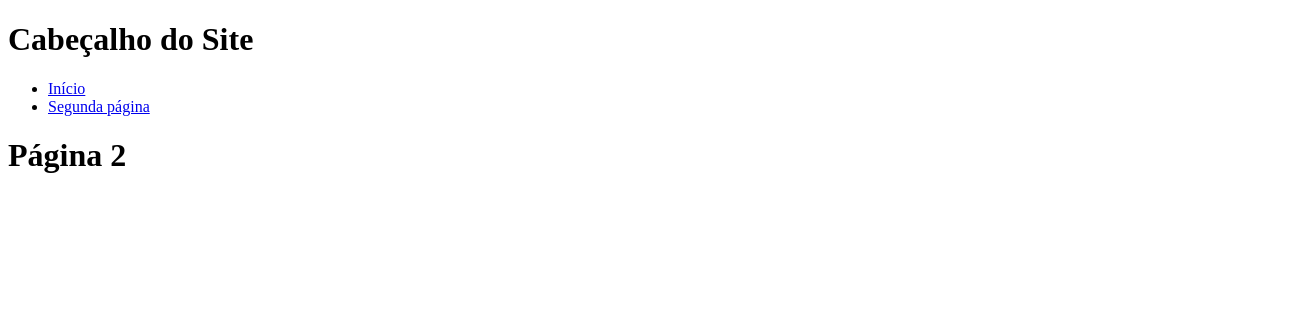
Repository: rrresck/pos_graduacao
Page: html/pagina2.html
The author's editor kept a copy of each file at every save. The page is drawn from the files as they stood at one save, then again after the next save.
The browser window is 1280 px wide. The page is 1280 px wide, then 1295 px, so the pictures cover 1295 px, including what lies to the right of the window. The pictures show the whole page.

Above is the page before, as saved 2023-05-04 12:47:45.

### html/pagina2.html
<!DOCTYPE html>
<html lang="en">
<head>
    <meta charset="UTF-8">
    <meta http-equiv="X-UA-Compatible" content="IE=edge">
    <meta name="viewport" content="width=device-width, initial-scale=1.0, shrink-to-fit=no">
    <meta name="author" content="Rafael Rodrigues Resck">
    <meta name="description" content="Template inicial HTML puro.">
    <link rel="stylesheet" href="../css/style_pagina2.css">
    <title>Página 2</title>
</head>
<body>
    <header class="cabecalho">
        <h1>Cabeçalho do Site</h1>
    </header>
    <nav class="menu">
        <ul>
            <li><a href="../index.html">Início</a></li>
            <li><a href="pagina2.html">Segunda página</a></li>
        </ul>
    </nav>
    <h1>Página 2</h1>
</body>
</html>

Loaded but not shown: css/style_pagina2.css (no stored copy; drawn as an empty file)

After the next save:
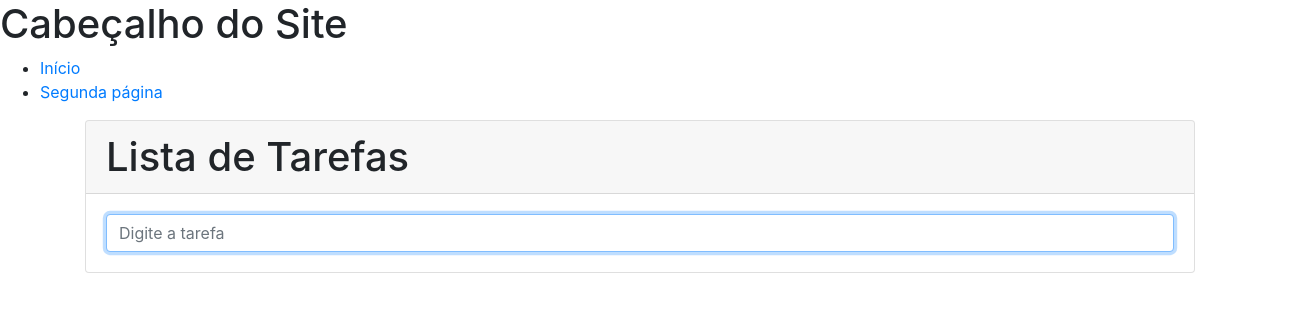
Saved 34 min 9 s later.
--- a/html/pagina2.html
+++ b/html/pagina2.html
@@ -7,6 +7,7 @@
     <meta name="author" content="Rafael Rodrigues Resck">
     <meta name="description" content="Template inicial HTML puro.">
     <link rel="stylesheet" href="../css/style_pagina2.css">
+    <link rel="stylesheet" href="https://cdn.jsdelivr.net/npm/bootstrap@4.6.2/dist/css/bootstrap.min.css" integrity="sha384-xOolHFLEh07PJGoPkLv1IbcEPTNtaed2xpHsD9ESMhqIYd0nLMwNLD69Npy4HI+N" crossorigin="anonymous">
     <title>Página 2</title>
 </head>
 <body>
@@ -19,6 +20,20 @@
             <li><a href="pagina2.html">Segunda página</a></li>
         </ul>
     </nav>
-    <h1>Página 2</h1>
+
+    <div class="row">
+        <div class="container">
+            <div class="card">
+                <h1 class="card-header">Lista de Tarefas</h1>
+                <div class="card-body">
+                    <div class="input-group-mb3">
+                        <input type="text" class="form-control" placeholder="Digite a tarefa" name="tarefa" autofocus>
+                        <div class="inut-group-append"></div>
+                    </div>
+                </div>
+            </div>
+        </div>
+    </div>
+
 </body>
 </html>
